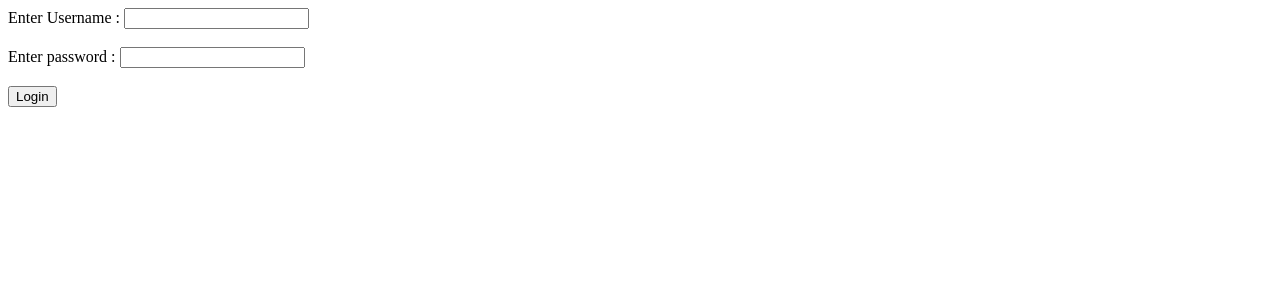
Repository: sandyc4136/Java_Servlet-JSP
Page: MyWebApp/src/main/webapp/login.html
An editor plug-in stored every save of this project. The page is shown before and after the next save, followed by the edit.
The browser window is 1280 px wide. The pictures show the whole page.

Above is the page before, as saved 2023-12-15 23:04:23.

After the next save:
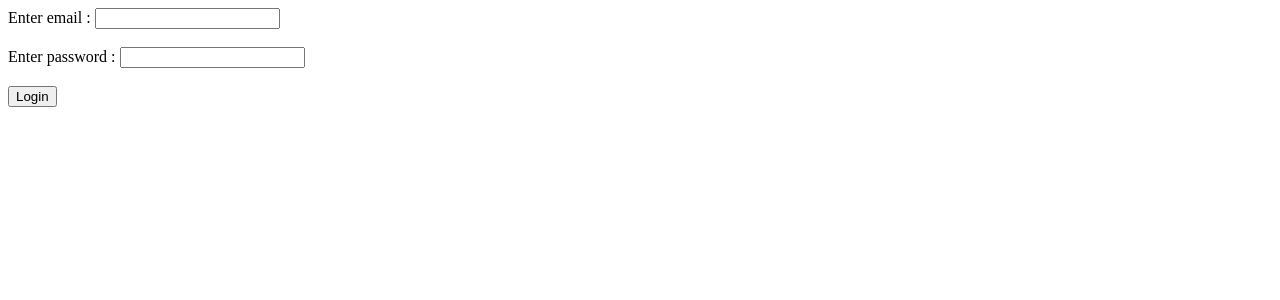
Saved 2 min 26 s later.
--- a/MyWebApp/src/main/webapp/login.html
+++ b/MyWebApp/src/main/webapp/login.html
@@ -6,8 +6,8 @@
 </head>
 <body>
 <form action="login.cdac">
-	<label>Enter Username :</label>
-	<input type="text" name="uname"/>
+	<label>Enter email :</label>
+	<input type="email" name="email"/>
 	<br><br>
 	<label>Enter password :</label>
 	<input type="password" name="pwd"/><br><br>
